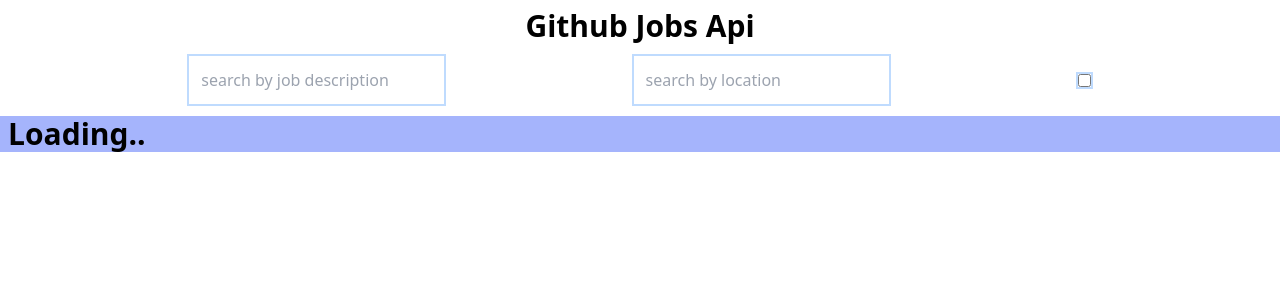
Repository: ShamroOoz/Github-job-api-React-Tailwind
Page: /
An editor plug-in stored every save of this project. The page is shown before and after the next save, followed by the edit.
The browser window is 1280 px wide. The pictures show the whole page.
The page's requests for data from a server got no answer. The project was rebuilt for these pictures with package versions that can differ from the ones it lists, and the page was loaded fresh each time. No one was signed in, and anything a server would have sent is missing. Also part of the build but not shown: craco.config.js.

Above is the page before, as saved 2021-03-21 15:04:51.

### src/App.js
import { useFetch } from "./components/Hooks/useFetch";
import { useState } from "react";
import SearchForm from "./components/Hooks/SearchForm";

function App() {
  const [params, setparam] = useState({});
  const [page, setpage] = useState(1);
  const { jobs, loading, error } = useFetch(params, page);

  const handleparamchange = (e) => {
    setpage(1);
    let param = e.target.name;
    let value = e.target.value;
    setparam((prevparams) => {
      return { ...prevparams, [param]: value };
    });
  };

  return (
    <>
      <div className="coantainer text-center font-bold pt-2 text-3xl ">
        <h3>Github Jobs Api</h3>
      </div>
      <div>
        <SearchForm handleparamchange={handleparamchange} params={params} />
      </div>
      <div className="px-2 bg-indigo-300">
        {loading && <div className="text-3xl font-bold">Loading..</div>}
        {error && (
          <div className="text-lg text-red-500">Error..Try refreshing</div>
        )}
        <div>
          {jobs &&
            jobs.map((job) => (
              <li className="leading-7 text-xl" key={job.id}>
                {job.title}
              </li>
            ))}
        </div>
      </div>
    </>
  );
}

export default App;

### src/components/Hooks/useFetch.js
import { useReducer, useEffect } from "react";
import axios, { CancelToken } from "axios";
import { reducer, ACTIONS } from "./Reduce";
const { MAKE_REQUEST, GET_DATA, ERROR } = ACTIONS;
const BASE_URL =
  "https://secret-ocean-49799.herokuapp.com/https://jobs.github.com/positions.json";

const initialState = {
  jobs: [],
  loading: false,
  error: false,
};

export const useFetch = (params, page) => {
  const [state, dispatch] = useReducer(reducer, initialState);

  //useeffect hook to get data
  useEffect(() => {
    const cancelToken = CancelToken.source();
    dispatch({ type: "MAKE_REQUEST", payload: "" });
    axios
      .get(BASE_URL, {
        cancelToken: cancelToken.token,
        params: {
          markdown: true,
          page: page,
          ...params,
        },
      })
      .then((res) => {
        dispatch({ type: "get_data", payload: res.data });
        console.log(res.data);
      })
      .catch((err) => {
        if (axios.isCancel(err)) return;
        dispatch({ type: "error", payload: err });
      });
    //clean up
    return () => {
      cancelToken.cancel();
    };
  }, [page, params]);

  return state;
};

### src/components/Hooks/SearchForm.js
import React from "react";

const SearchForm = ({ handleparamchange, params }) => {
  return (
    <form className="py-3 flex justify-evenly items-center">
      <input
        className="p-3 ring-2 ring-blue-200"
        type="text"
        placeholder={`search by job description `}
        name="description"
        value={params.description || ""}
        onChange={handleparamchange}
      />
      <input
        className="p-3 ring-2 ring-blue-200"
        type="text"
        placeholder={`search by location`}
        name="location"
        value={params.location || ""}
        onChange={handleparamchange}
      />
      <input
        type="checkbox"
        className="p-7 ring-2 ring-blue-200"
        value={params.full_time || ""}
        onChange={handleparamchange}
      />
    </form>
  );
};

export default SearchForm;

### src/components/Hooks/Reduce.js
export const ACTIONS = {
  MAKE_REQUEST: "MAKE_REQUEST",
  GET_DATA: "GET_DATA",
  ERROR: "ERROR",
};

export const reducer = (state, action) => {
  switch (action.type) {
    case ACTIONS.MAKE_REQUEST:
      return { ...state, loading: true };
    case ACTIONS.GET_DATA:
      return {
        ...state,
        loading: false,
        jobs: action.payload,
      };
    case ACTIONS.ERROR:
      return { ...state, error: true };
    default:
      return state;
  }
};

Loaded but not shown: public/index.html (common file); src/index.js (common file); src/index.css (common file); tailwind.config.js (common file)

After the next save:
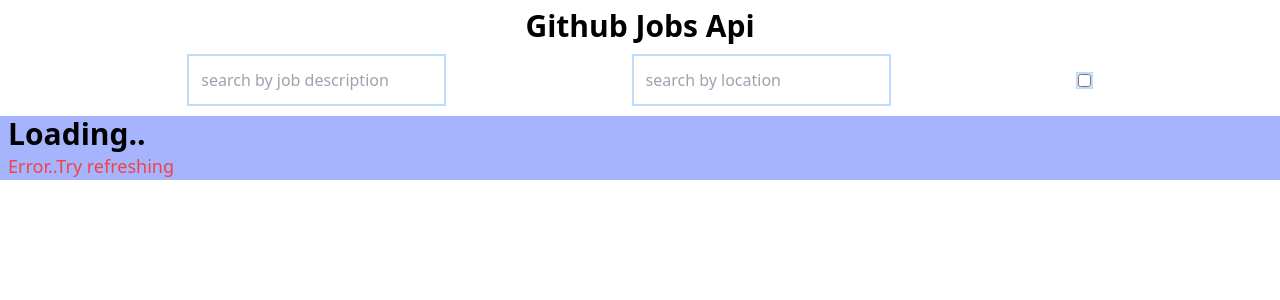
Saved 42 s later.
--- a/src/components/Hooks/useFetch.js
+++ b/src/components/Hooks/useFetch.js
@@ -17,7 +17,7 @@
   //useeffect hook to get data
   useEffect(() => {
     const cancelToken = CancelToken.source();
-    dispatch({ type: "MAKE_REQUEST", payload: "" });
+    dispatch({ type: MAKE_REQUEST, payload: "" });
     axios
       .get(BASE_URL, {
         cancelToken: cancelToken.token,
@@ -28,12 +28,12 @@
         },
       })
       .then((res) => {
-        dispatch({ type: "get_data", payload: res.data });
+        dispatch({ type: GET_DATA, payload: res.data });
         console.log(res.data);
       })
       .catch((err) => {
         if (axios.isCancel(err)) return;
-        dispatch({ type: "error", payload: err });
+        dispatch({ type: ERROR, payload: err });
       });
     //clean up
     return () => {
